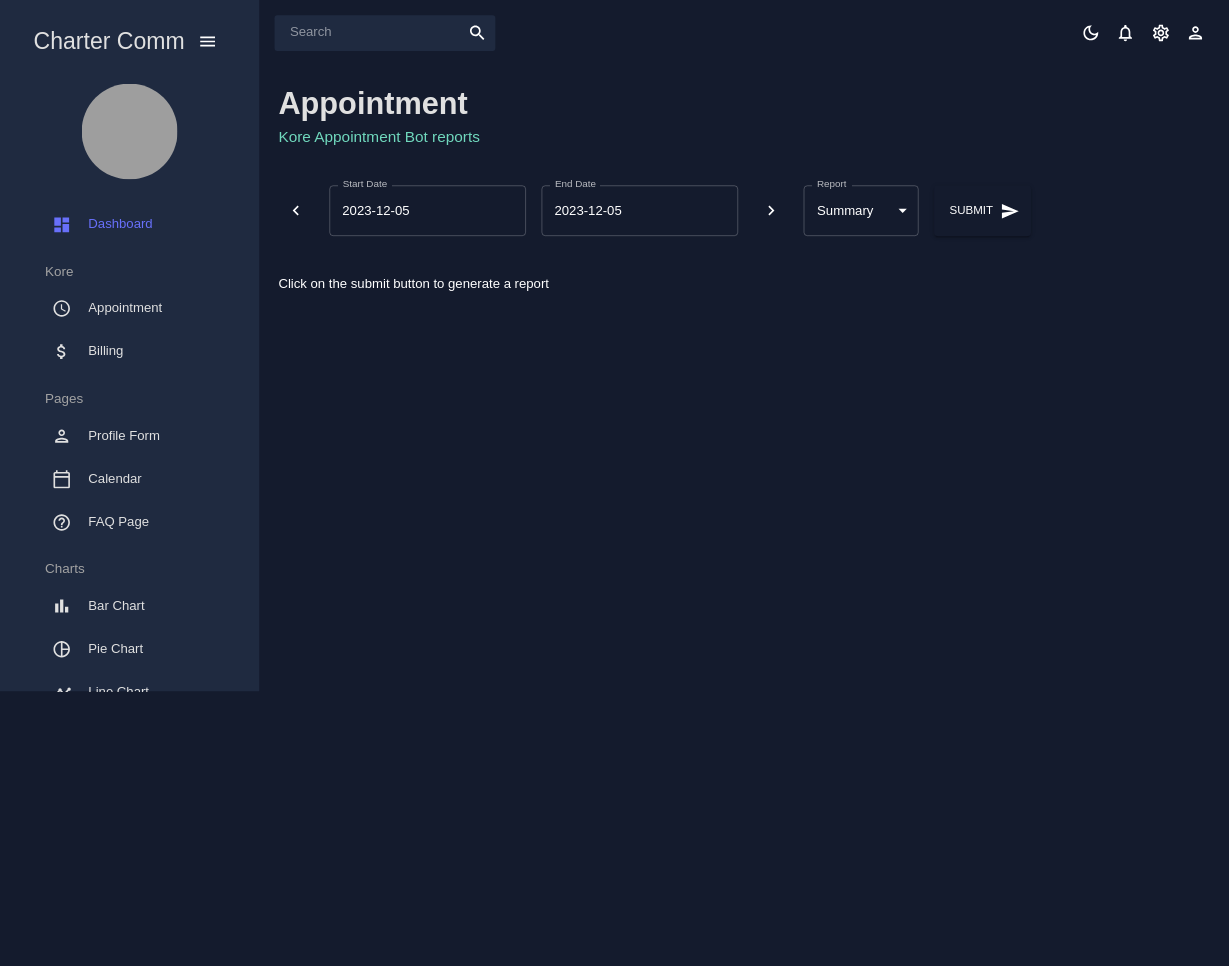
Repository: HenrryWith2Rs/reporthub
Page: /kore/appt (app in ui/)
An editor plug-in stored every save of this project. The page is shown before and after the next save, followed by the edit.
The browser window is 1280 px wide. The pictures show the whole page, at 96% of full size.
Pictures or frames that could not be fetched are drawn as grey boxes. The project was rebuilt for these pictures with package versions that can differ from the ones it lists, and the page was loaded fresh each time. Also part of the build but not shown: ui/vite.config.ts, ui/src/data/mockData.ts, ui/src/components/LineChart.tsx, ui/src/data/mockGeoFeatures.ts, ui/src/components/GeographyChart.tsx, ui/src/data/dataParser.ts, ui/src/components/BarChart.tsx, ui/src/components/ProgressCircle.tsx and 8 more.

Above is the page before, as saved 2023-12-09 18:02:29.

### ui/src/main.tsx
import React from 'react';
import ReactDOM from 'react-dom/client';
import { BrowserRouter } from 'react-router-dom';
import App from './App.tsx';
import './index.css';
import { LocalizationProvider } from '@mui/x-date-pickers';
import { AdapterDateFns } from '@mui/x-date-pickers/AdapterDateFns';
import { QueryClient, QueryClientProvider } from '@tanstack/react-query';
// import {ReactQueryDevtools} from "@tanstack/react-query-devtools"

const queryClient = new QueryClient();

ReactDOM.createRoot(document.getElementById('root')!).render(
  <React.StrictMode>
    <LocalizationProvider dateAdapter={AdapterDateFns}>
      <BrowserRouter>
        <QueryClientProvider client={queryClient}>
          <App />
        </QueryClientProvider>
      </BrowserRouter>
    </LocalizationProvider>
  </React.StrictMode>
);

### ui/src/App.tsx
import { Routes, Route } from 'react-router-dom';
import ThemeRegistry from './ThemeRegistry/ThemeRegistry';
import Topbar from './scenes/global/Topbar';
import Sidebar from './scenes/global/Sidebar';
import Dashboard from './scenes/dashboard';
import Appointment from './scenes/appointment';
import Bar from './scenes/bar';
import Pie from './scenes/pie';
import Line from './scenes/line';
import Geography from './scenes/geography';

function App() {
  return (
    <ThemeRegistry>
      <div className="app">
        <Sidebar />
        <main className="content">
          <Topbar />
          <Routes>
            <Route path="/" element={<Dashboard />} />
            <Route path="/kore/appt" element={<Appointment />} />
            <Route path="/bar" element={<Bar />} />
            <Route path="/pie" element={<Pie />} />
            <Route path="/line" element={<Line />} />
            <Route path="/geography" element={<Geography />} />
          </Routes>
        </main>
      </div>
    </ThemeRegistry>
  );
}

export default App;

### ui/src/index.css
@import url('https://fonts.googleapis.com/css2?family=Poppins:wght@300;400;500;600&family=Source+Code+Pro:wght@400;600;700&display=swap');

html,
body,
#root,
.app,
.content {
  height: 100%;
  width: 100%;
  font-family: 'Source Sans Pro', sans-serif;
}

.app {
  display: flex;
  position: relative;
}

::-webkit-scrollbar {
  width: 10px;
}

/* Track */
::-webkit-scrollbar-track {
  background: #e0e0e0;
}

/* Handle */
::-webkit-scrollbar-thumb {
  background: #888;
}

/* Handle on hover */
::-webkit-scrollbar-thumb:hover {
  background: #555;
}

### ui/src/ThemeRegistry/ThemeRegistry.tsx
import { ThemeProvider, CssBaseline } from '@mui/material';
import { ColorModeContext, useMode } from './theme';

export default function ThemeRegistry({
  children,
}: {
  children: React.ReactNode;
}) {
  const [theme, colorMode] = useMode();
  return (
    <ColorModeContext.Provider value={colorMode}>
      <ThemeProvider theme={theme}>
        {/* CssBaseline kickstart an elegant, consistent, and simple baseline to build upon. */}
        <CssBaseline />
        {children}
      </ThemeProvider>
    </ColorModeContext.Provider>
  );
}

### ui/src/scenes/global/Topbar.tsx
import { Box, IconButton, useTheme } from '@mui/material';
import { useContext } from 'react';
import { ColorModeContext, tokens } from '../../ThemeRegistry/theme';
import InputBase from '@mui/material/InputBase';
import LightModeOutlinedIcon from '@mui/icons-material/LightModeOutlined';
import DarkModeOutlinedIcon from '@mui/icons-material/DarkModeOutlined';
import NotificationsOutlinedIcon from '@mui/icons-material/NotificationsOutlined';
import SettingsOutlinedIcon from '@mui/icons-material/SettingsOutlined';
import PersonOutlinedIcon from '@mui/icons-material/PersonOutlined';
import SearchIcon from '@mui/icons-material/Search';

const Topbar = () => {
  const theme = useTheme();
  const colors = tokens(theme.palette.mode);
  const colorMode = useContext(ColorModeContext);

  return (
    <Box display="flex" justifyContent="space-between" p={2}>
      {/* SEARCH BAR */}
      <Box
        sx={{
          display: 'flex',
          backgroundColor: colors.primary[400],
          borderRadius: '3px',
        }}
      >
        <InputBase sx={{ ml: 2, flex: 1 }} placeholder="Search" />
        <IconButton type="button" sx={{ p: 1 }}>
          <SearchIcon />
        </IconButton>
      </Box>

      {/* ICONS */}
      <Box display="flex">
        <IconButton onClick={colorMode.toggleColorMode}>
          {theme.palette.mode === 'dark' ? (
            <DarkModeOutlinedIcon />
          ) : (
            <LightModeOutlinedIcon />
          )}
        </IconButton>
        <IconButton>
          <NotificationsOutlinedIcon />
        </IconButton>
        <IconButton>
          <SettingsOutlinedIcon />
        </IconButton>
        <IconButton>
          <PersonOutlinedIcon />
        </IconButton>
      </Box>
    </Box>
  );
};

export default Topbar;

### ui/src/scenes/appointment/index.tsx
import { useState, useEffect } from 'react';
import { tokens } from '../../ThemeRegistry/theme';
import Header from '../../components/Header';
import {
  useTheme,
  Box,
  Stack,
  Button,
  IconButton,
  MenuItem,
  InputLabel,
  FormControl,
  CircularProgress,
} from '@mui/material';
import SendIcon from '@mui/icons-material/Send';
import Select, { SelectChangeEvent } from '@mui/material/Select';
import { DatePicker } from '@mui/x-date-pickers/DatePicker';
import { format } from 'date-fns';
import { getLastNDays } from '../../utils/dateUtils';
import { ReportType } from '../../types/koreTypes';
import useBotData from '../../api/dataHooks/useAppointmentData';
import BotReport from '../../components/BotReport';
import { ArrowLeftIcon, ArrowRightIcon } from '@mui/x-date-pickers';

const Appointment = () => {
  const theme = useTheme();
  const colors = tokens(theme.palette.mode);

  // State variables
  const [dateStart, setDateStart] = useState<Date | null>(new Date());
  const [dateEnd, setDateEnd] = useState<Date | null>(new Date());
  const [reportType, setReportType] = useState<ReportType>('summary');
  const [isFetchEnabled, setIsFetchEnabled] = useState<boolean>(false);

  // Effect to set initial date values
  useEffect(() => {
    const { startDate, endDate } = getLastNDays(1);
    setDateStart(startDate);
    setDateEnd(endDate);
  }, []);

  // Format date values
  const formattedStartDate = formatDate(dateStart);
  const formattedEndDate = formatDate(dateEnd);

  // Fetch data using useBotData
  const { data, isFetching, error, refetch } = useBotData(
    'appointment',
    formattedStartDate,
    formattedEndDate,
    reportType,
    'html',
    isFetchEnabled
  );

  // Log loading, error, or API response
  if (isFetching) {
    console.log('Loading...');
  } else if (error) {
    console.error('Error fetching data');
  } else if (data) {
    console.log('API Response:', data);
    // Display data or update state as needed
  }

  // Handle select change
  const handleSelectChange = (event: SelectChangeEvent) => {
    setReportType(event.target.value as ReportType);
  };

  // Handle form submission
  const handleSubmit = () => {
    setIsFetchEnabled(true); // Enable fetching
    refetch(); // Trigger API call
  };
  return (
    <Box m="20px">
      <Header title="Appointment" subtitle="Kore Appointment Bot reports" />
      <Box m="40px 0 0 0" height="75vh">
        <Stack direction="row" spacing={2}>
          <IconButton>
            <ArrowLeftIcon />
          </IconButton>
          <DatePicker
            label="Start Date"
            format="yyyy-MM-dd"
            value={dateStart}
            onChange={(newValue) => setDateStart(newValue)}
          />
          <DatePicker
            label="End Date"
            format="yyyy-MM-dd"
            value={dateEnd}
            onChange={(newValue) => setDateEnd(newValue)}
          />
          <IconButton>
            <ArrowRightIcon />
          </IconButton>
          <FormControl sx={{ minWidth: 120 }}>
            <InputLabel>Report</InputLabel>
            <Select
              value={reportType}
              label="Report"
              onChange={handleSelectChange}
            >
              <MenuItem value={'summary'}>Summary</MenuItem>
              <MenuItem value={'detailed'}>Detailed</MenuItem>
            </Select>
          </FormControl>
          <Button
            variant="contained"
            endIcon={<SendIcon />}
            onClick={handleSubmit}
          >
            Submit
          </Button>
        </Stack>
        <Box m="40px 0 0 0" height="100vh">
          {isFetching ? (
            <CircularProgress />
          ) : error ? (
            <div>Error fetching data. Please try again.</div>
          ) : data ? (
            <BotReport html={data.message} />
          ) : (
            <div>Click on the submit button to generate a report</div>
          )}
        </Box>
      </Box>
    </Box>
  );
};

const formatDate = (date: Date | null): string => {
  return date ? format(date, 'yyyy-MM-dd') : '';
};

export default Appointment;

### ui/src/ThemeRegistry/theme.ts
import { createContext, useState, useMemo } from 'react';
import { Theme, createTheme } from '@mui/material/styles';

type Mode = 'dark' | 'light';

// color design tokens export
export const tokens = (mode: Mode) => ({
  ...(mode === 'dark'
    ? {
        grey: {
          100: '#e0e0e0',
          200: '#c2c2c2',
          300: '#a3a3a3',
          400: '#858585',
          500: '#666666',
          600: '#525252',
          700: '#3d3d3d',
          800: '#292929',
          900: '#141414',
        },
        primary: {
          100: '#d0d1d5',
          200: '#a1a4ab',
          300: '#727681',
          400: '#1F2A40',
          500: '#141b2d',
          600: '#101624',
          700: '#0c101b',
          800: '#080b12',
          900: '#040509',
        },
        greenAccent: {
          100: '#dbf5ee',
          200: '#b7ebde',
          300: '#94e2cd',
          400: '#70d8bd',
          500: '#4cceac',
          600: '#3da58a',
          700: '#2e7c67',
          800: '#1e5245',
          900: '#0f2922',
        },
        redAccent: {
          100: '#f8dcdb',
          200: '#f1b9b7',
          300: '#e99592',
          400: '#e2726e',
          500: '#db4f4a',
          600: '#af3f3b',
          700: '#832f2c',
          800: '#58201e',
          900: '#2c100f',
        },
        blueAccent: {
          100: '#e1e2fe',
          200: '#c3c6fd',
          300: '#a4a9fc',
          400: '#868dfb',
          500: '#6870fa',
          600: '#535ac8',
          700: '#3e4396',
          800: '#2a2d64',
          900: '#151632',
        },
      }
    : {
        grey: {
          100: '#141414',
          200: '#292929',
          300: '#3d3d3d',
          400: '#525252',
          500: '#666666',
          600: '#858585',
          700: '#a3a3a3',
          800: '#c2c2c2',
          900: '#e0e0e0',
        },
        primary: {
          100: '#040509',
          200: '#080b12',
          300: '#0c101b',
          400: '#f2f0f0', // manually changed
          500: '#141b2d',
          600: '#1F2A40',
          700: '#727681',
          800: '#a1a4ab',
          900: '#d0d1d5',
        },
        greenAccent: {
          100: '#0f2922',
          200: '#1e5245',
          300: '#2e7c67',
          400: '#3da58a',
          500: '#4cceac',
          600: '#70d8bd',
          700: '#94e2cd',
          800: '#b7ebde',
          900: '#dbf5ee',
        },
        redAccent: {
          100: '#2c100f',
          200: '#58201e',
          300: '#832f2c',
          400: '#af3f3b',
          500: '#db4f4a',
          600: '#e2726e',
          700: '#e99592',
          800: '#f1b9b7',
          900: '#f8dcdb',
        },
        blueAccent: {
          100: '#151632',
          200: '#2a2d64',
          300: '#3e4396',
          400: '#535ac8',
          500: '#6870fa',
          600: '#868dfb',
          700: '#a4a9fc',
          800: '#c3c6fd',
          900: '#e1e2fe',
        },
      }),
});

// mui theme settings
export const themeSettings = (mode: Mode) => {
  const colors = tokens(mode);
  return {
    palette: {
      mode: mode,
      ...(mode === 'dark'
        ? {
            // palette values for dark mode
            primary: {
              main: colors.primary[500],
            },
            secondary: {
              main: colors.greenAccent[500],
            },
            neutral: {
              dark: colors.grey[700],
              main: colors.grey[500],
              light: colors.grey[100],
            },
            background: {
              default: colors.primary[500],
            },
          }
        : {
            // palette values for light mode
            primary: {
              main: colors.primary[100],
            },
            secondary: {
              main: colors.greenAccent[500],
            },
            neutral: {
              dark: colors.grey[700],
              main: colors.grey[500],
              light: colors.grey[100],
            },
            background: {
              default: '#fcfcfc',
            },
          }),
    },
    typography: {
      fontFamily: ['Source Sans Pro', 'sans-serif'].join(','),
      fontSize: 12,
      h1: {
        fontFamily: ['Source Sans Pro', 'sans-serif'].join(','),
        fontSize: 40,
      },
      h2: {
        fontFamily: ['Source Sans Pro', 'sans-serif'].join(','),
        fontSize: 32,
      },
      h3: {
        fontFamily: ['Source Sans Pro', 'sans-serif'].join(','),
        fontSize: 24,
      },
      h4: {
        fontFamily: ['Source Sans Pro', 'sans-serif'].join(','),
        fontSize: 20,
      },
      h5: {
        fontFamily: ['Source Sans Pro', 'sans-serif'].join(','),
        fontSize: 16,
      },
      h6: {
        fontFamily: ['Source Sans Pro', 'sans-serif'].join(','),
        fontSize: 14,
      },
    },
  };
};

// context for color mode
export const ColorModeContext = createContext({
  toggleColorMode: () => {},
});

export const useMode = (): [Theme, { toggleColorMode: () => void }] => {
  const [mode, setMode] = useState<Mode>('dark');

  const colorMode = useMemo(
    () => ({
      toggleColorMode: () =>
        setMode((prev) => (prev === 'light' ? 'dark' : 'light')),
    }),
    []
  );

  const theme = useMemo(() => createTheme(themeSettings(mode)), [mode]);
  return [theme, colorMode];
};

### ui/src/components/Header.tsx
import { Typography, Box, useTheme } from '@mui/material';
import { tokens } from '../ThemeRegistry/theme';

type HeaderProps = {
  title: string;
  subtitle: string;
};

const Header = ({ title, subtitle }: HeaderProps) => {
  const theme = useTheme();
  const colors = tokens(theme.palette.mode);
  return (
    <Box mb="30px">
      <Typography
        variant="h2"
        color={colors.grey[100]}
        fontWeight="bold"
        sx={{ m: '0 0 5px 0' }}
      >
        {title}
      </Typography>
      <Typography variant="h5" color={colors.greenAccent[400]}>
        {subtitle}
      </Typography>
    </Box>
  );
};

export default Header;

### ui/src/utils/dateUtils.ts
import { subDays } from 'date-fns';

export function getLastNDays(n: number): {
  startDate: Date;
  endDate: Date;
} {
  const currentDate = new Date();
  const endDate = subDays(currentDate, 1);
  const startDate = subDays(currentDate, n);

  return { startDate, endDate };
}

### ui/src/api/dataHooks/useAppointmentData.ts
// useBotData.ts
import { useQuery } from '@tanstack/react-query';
import {
  RequestParameters,
  BotType,
  ReportType,
  FormatType,
} from '../../types/koreTypes';
import { fetchAppointmentData } from '../data/koreBotDataFetcher';

const useBotData = (
  botType: string,
  dateStart: string,
  dateEnd: string,
  reportType: string,
  format: string,
  isFetchEnabled: boolean
) => {
  const params: RequestParameters = {
    bot: botType as BotType,
    reportType: reportType as ReportType,
    format: format as FormatType,
    dateStart,
    dateEnd,
  };

  const { data, isFetching, error, refetch } = useQuery({
    queryKey: [`${botType}Data`, dateStart, dateEnd],
    queryFn: () => fetchAppointmentData(params),
    enabled: isFetchEnabled,
  });

  return {
    data,
    isFetching,
    error,
    refetch,
  };
};

export default useBotData;

### ui/src/api/data/koreBotDataFetcher.ts
import axios from 'axios';
import { RequestParameters } from '../../types/koreTypes';

export const fetchAppointmentData = async (params: RequestParameters) => {
  try {
    const response = await axios.post(
      'http://localhost:3000/api/kore/appt',
      params
    );

    return response.data;
  } catch (error) {
    throw new Error(`Failed to fetch appointment data -> ${error}`);
  }
};

Loaded but not shown: ui/index.html (common file); ui/src/scenes/global/Sidebar.tsx (235 lines, source omitted)

After the next save:
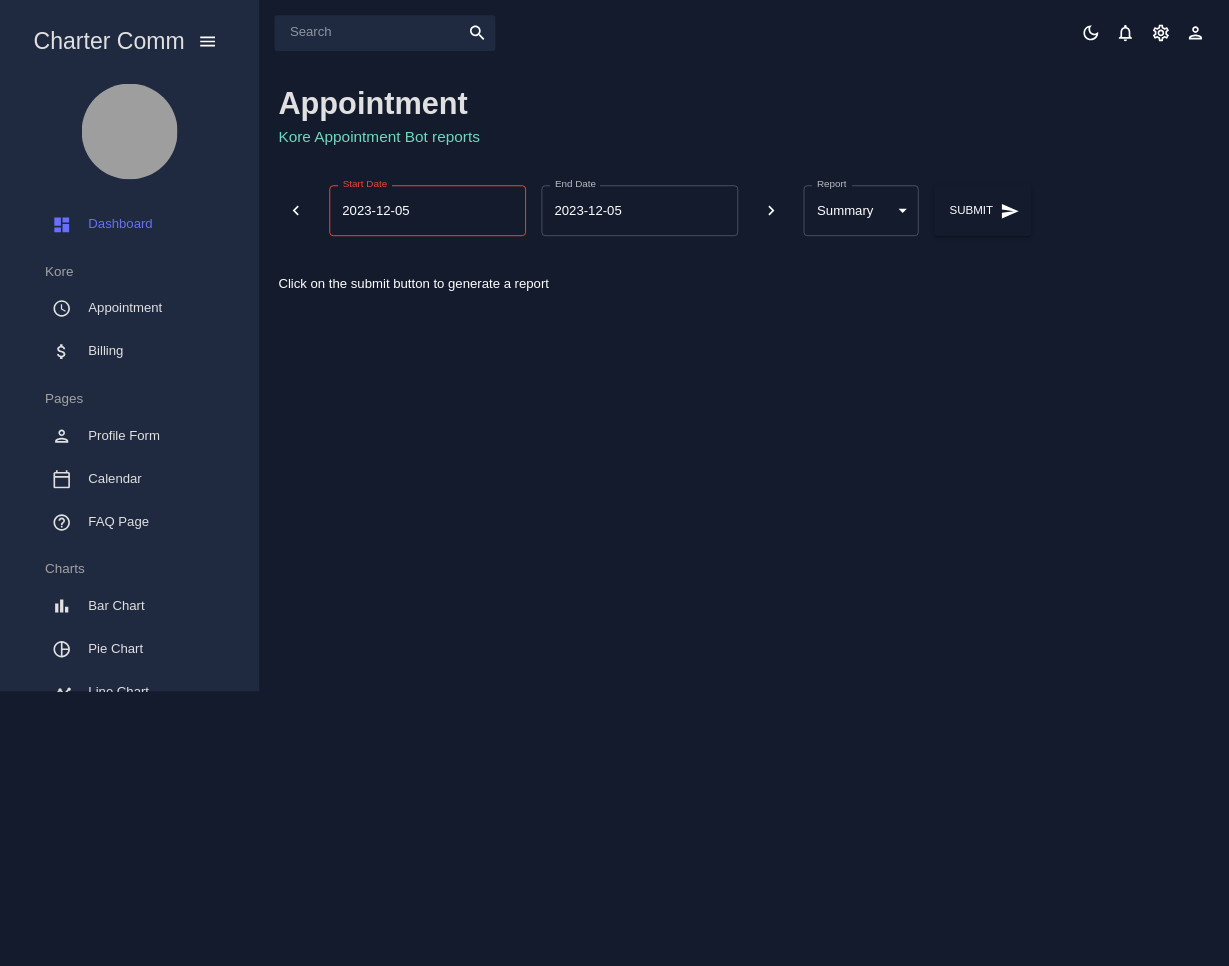
Saved 2 min 12 s later.
--- a/ui/src/scenes/appointment/index.tsx
+++ b/ui/src/scenes/appointment/index.tsx
@@ -86,6 +86,7 @@
             format="yyyy-MM-dd"
             value={dateStart}
             onChange={(newValue) => setDateStart(newValue)}
+            maxDate={new Date('2023-09-01')}
           />
           <DatePicker
             label="End Date"

After the save that followed:
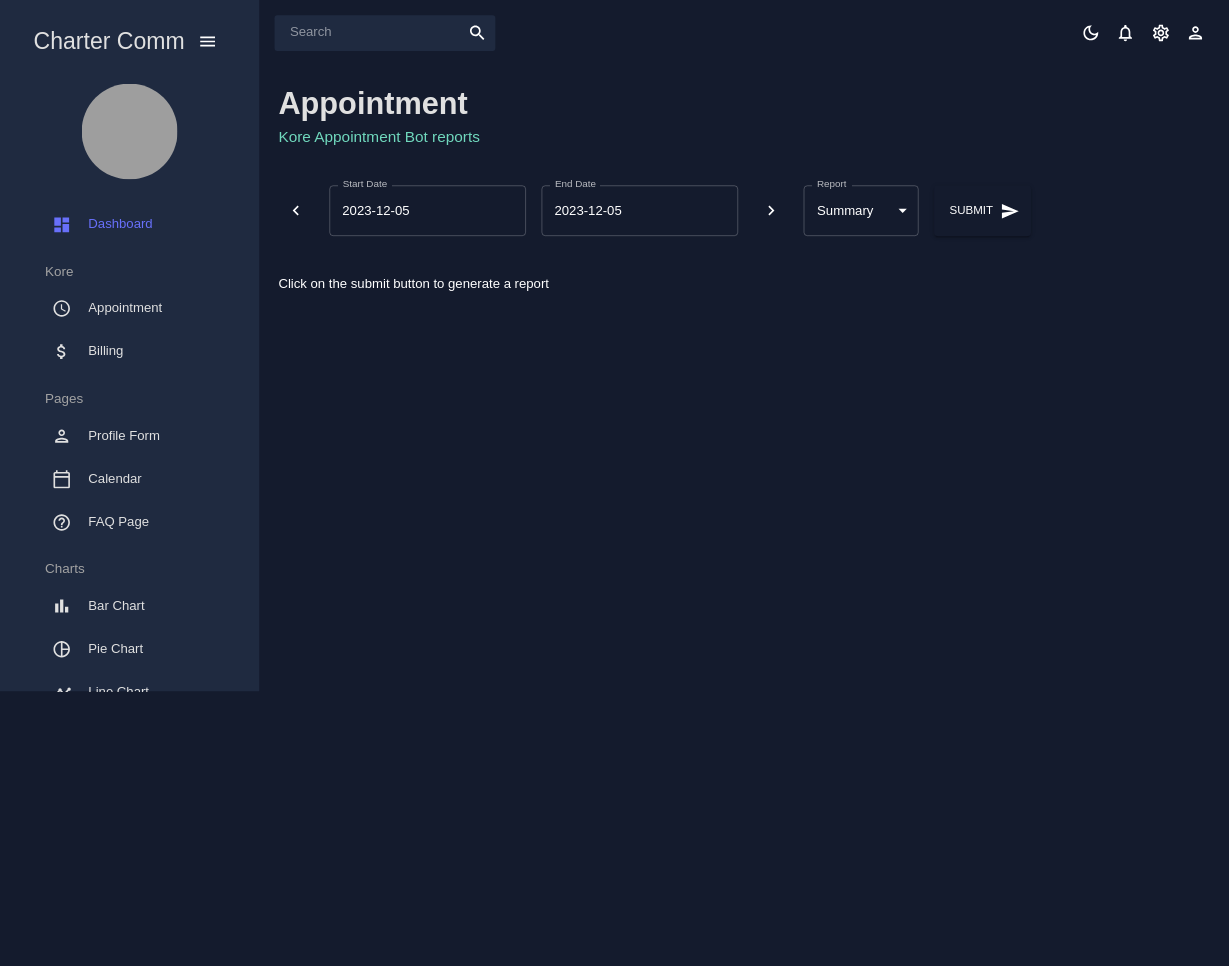
Saved 16 s later.
--- a/ui/src/scenes/appointment/index.tsx
+++ b/ui/src/scenes/appointment/index.tsx
@@ -86,7 +86,7 @@
             format="yyyy-MM-dd"
             value={dateStart}
             onChange={(newValue) => setDateStart(newValue)}
-            maxDate={new Date('2023-09-01')}
+            minDate={new Date('2023-09-01')}
           />
           <DatePicker
             label="End Date"
